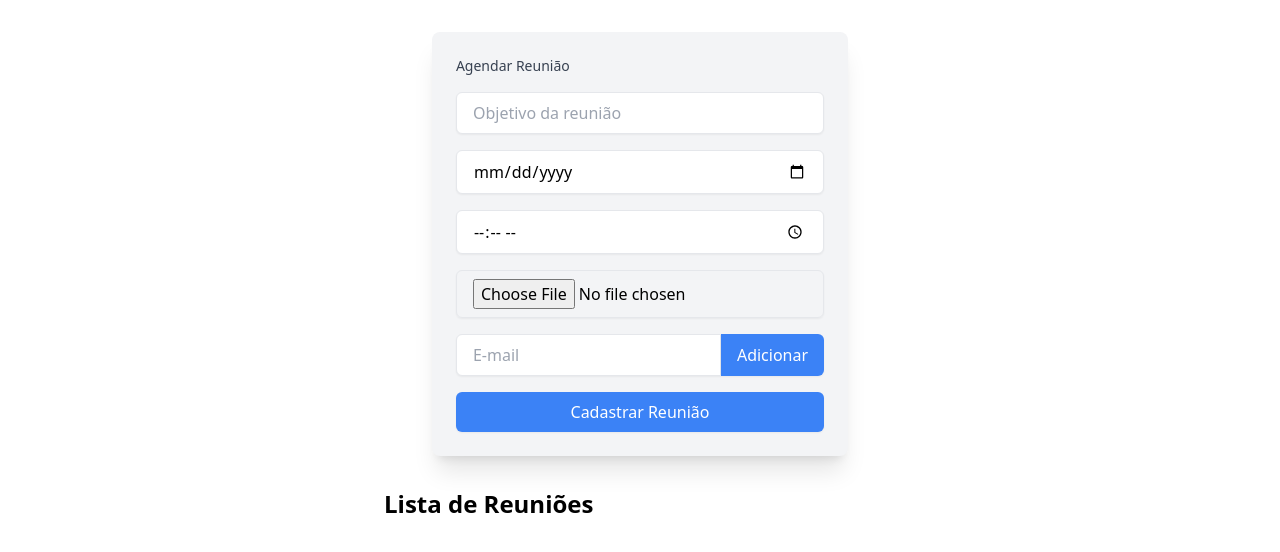
Repository: TamiBeira/meeting
Page: /
The author's editor kept a copy of each file at every save. The page is drawn from the files as they stood at one save, then again after the next save.
The browser window is 1280 px wide. The pictures show the whole page.
The project was rebuilt for these pictures with package versions that can differ from the ones it lists, and the page was loaded fresh each time. A package was used in the major version that the imports need, not the one package.json lists. Also part of the build but not shown: vite.config.ts.

Above is the page before, as saved 2024-02-26 19:05:22.

### index.html
<!doctype html>
<html lang="pt">
  <head>
    <meta charset="UTF-8" />
    <meta name="viewport" content="width=device-width, initial-scale=1.0" />
    <title>Meeting</title>
  </head>
  <body>
    <div id="root"></div>
    <script type="module" src="/src/main.tsx"></script>
  </body>
</html>

### src/app.tsx
import { FormProvider } from './contexts/FormContext';
import { Form } from './components/Form';
import { MeetingsView } from './components/MeetingsView';

export const App = () => {
  return (
    <FormProvider>
      <Form />
      <MeetingsView />
    </FormProvider>
  );
};

### src/contexts/FormContext.tsx
import React, { createContext, useContext, useState, ChangeEvent, FormEvent, Dispatch, SetStateAction, ReactNode } from "react";
import { toast } from 'react-toastify';
import 'react-toastify/dist/ReactToastify.css';

export interface MeetingContextDataProps {
  data: string;
  hora: string;
  imagem: string;
  title: string;
  emails: string[];
  emailInput: string;
  handleDataChange: (event: ChangeEvent<HTMLInputElement>) => void;
  handleImagemChange: (event: ChangeEvent<HTMLInputElement>) => void;
  handleTitleChange: (event: ChangeEvent<HTMLInputElement>) => void;
  handleHoraChange: (event: ChangeEvent<HTMLInputElement>) => void;
  handleEmailInputChange: (event: ChangeEvent<HTMLInputElement>) => void;
  handleAddEmail: () => void;
  handleRemoveEmail: (index: number) => void;
  handleSubmit: (event: FormEvent<HTMLFormElement>) => void;
}

interface MeetingContextProviderProps {
  children: ReactNode;
}

const FormContext = createContext({} as MeetingContextDataProps);

export const useFormContext = () => {
  return useContext(FormContext);
};

export const FormProvider = ({ children }: MeetingContextProviderProps) => {
  const [data, setData] = useState('');
  const [hora, setHora] = useState('');
  const [imagem, setImagem] = useState<File | null>(null);
  const [title, setTitle] = useState('');
  const [emails, setEmails] = useState<string[]>([]);
  const [emailInput, setEmailInput] = useState('');

  const handleDataChange = (event: ChangeEvent<HTMLInputElement>) => {
    setData(event.target.value);
  };

  const handleImagemChange = (event: ChangeEvent<HTMLInputElement>) => {
    if (event.target.files && event.target.files[0]) {
      setImagem(event.target.files[0]);
    }
  };

  const handleTitleChange = (event: ChangeEvent<HTMLInputElement>) => {
    setTitle(event.target.value);
  };

  const handleHoraChange = (event: ChangeEvent<HTMLInputElement>) => {
    setHora(event.target.value);
  };

  const handleEmailInputChange = (event: ChangeEvent<HTMLInputElement>) => {
    setEmailInput(event.target.value);
  };

  const handleAddEmail = () => {
    setEmails([...emails, emailInput]);
    setEmailInput('');
  };

  const handleRemoveEmail = (index: number) => {
    const updatedEmails = [...emails];
    updatedEmails.splice(index, 1);
    setEmails(updatedEmails);
  };

  const handleSubmit = (event: FormEvent<HTMLFormElement>) => {
    event.preventDefault();

    const selectedDateTime = new Date(`${data}T${hora}`);
    const formattedDate = selectedDateTime.toLocaleDateString('pt-BR');
    const formattedTime = selectedDateTime.toLocaleTimeString('pt-BR', { hour: '2-digit', minute: '2-digit' });

    let imagemUrl = '';
    if (imagem) {
      const reader = new FileReader();
      reader.onload = (e) => {
        imagemUrl = e.target?.result as string;
        const meetingData = {
          title,
          data: formattedDate,
          hora: formattedTime,
          imagem: imagemUrl,
          emails
        };

        const existingData = localStorage.getItem('meetingData');
        let allMeetings: any[] = [];

        if (existingData) {
          allMeetings = JSON.parse(existingData);
        }

        const isDuplicate = allMeetings.some((meeting: any) => {
          const sameDateAndTime = meeting.data === formattedDate && meeting.hora === formattedTime;
          const sameEmails = meeting.emails.length === emails.length && meeting.emails.every((email: string) => emails.includes(email));
          return sameDateAndTime && sameEmails;
        });

        if (isDuplicate) {
          toast.error('Esta data, hora e lista de e-mails já estão sendo usadas por outra reunião.');
        } else {
          allMeetings.push(meetingData);

          localStorage.setItem('meetingData', JSON.stringify(allMeetings));

          const emailText = `Detalhes da Reunião:
            Título: ${title}
            Data: ${formattedDate}
            Hora: ${formattedTime}
            ...`;
          emails.forEach((email) => {
            sendEmail(email, 'Detalhes da Reunião', emailText);
          });

          setData('');
          setHora('');
          setImagem(null);
          setTitle('');
          setEmailInput('');
          setEmails([]);

          toast.success('Reunião cadastrada com sucesso e e-mails enviados!');
        }
      };
      reader.readAsDataURL(imagem);
    } else {
      toast.error('Por favor, selecione uma imagem.');
    }
  };

  return (
    <FormContext.Provider
      value={{
        data,
        hora,
        imagem: imagem ? URL.createObjectURL(imagem) : '',
        title,
        emails,
        emailInput,
        handleDataChange,
        handleImagemChange,
        handleTitleChange,
        handleHoraChange,
        handleEmailInputChange,
        handleAddEmail,
        handleRemoveEmail,
        handleSubmit,
      }}
    >
      {children}
    </FormContext.Provider>
  );
};

### src/components/Form.tsx
import { useFormContext } from "../contexts/FormContext";
import { ToastContainer } from 'react-toastify';

export const Form = () => {
  const {
    data,
    hora,
    imagem,
    title,
    emails,
    emailInput,
    handleDataChange,
    handleImagemChange,
    handleTitleChange,
    handleHoraChange,
    handleEmailInputChange,
    handleAddEmail,
    handleRemoveEmail,
    handleSubmit,
  } = useFormContext();

  return (
    <main className="flex justify-center mt-8">
      <div className="mx-auto max-w-md p-6 bg-gray-100 rounded-lg shadow-xl">
        <form onSubmit={handleSubmit} className="space-y-4">
          <label htmlFor="reuniao" className="block text-sm font-medium text-gray-700">Agendar Reunião</label>
          <input
            type="text"
            placeholder="Objetivo da reunião"
            id="reuniao"
            value={title}
            onChange={handleTitleChange}
            className="block w-full px-4 py-2 border rounded-md shadow-sm focus:outline-none focus:ring-blue-500 focus:border-blue-500"
          />
          <input
            type="date"
            name="data"
            id="data"
            value={data}
            onChange={handleDataChange}
            className="block w-full px-4 py-2 border rounded-md shadow-sm focus:outline-none focus:ring-blue-500 focus:border-blue-500"
          />
          <input
            type="time"
            name="hora"
            id="hora"
            value={hora}
            onChange={handleHoraChange}
            className="block w-full px-4 py-2 border rounded-md shadow-sm focus:outline-none focus:ring-blue-500 focus:border-blue-500"
          />
          <input
            type="file"
            name="imagem"
            id="imagem"
            accept="image/*"
            onChange={handleImagemChange}
            className="block w-full px-4 py-2 border rounded-md shadow-sm focus:outline-none focus:ring-blue-500 focus:border-blue-500"
          />
          <div className="flex">
            <input
              type="text"
              placeholder="E-mail"
              value={emailInput}
              onChange={handleEmailInputChange}
              className="block flex-1 w-full px-4 py-2 border rounded-l-md shadow-sm focus:outline-none focus:ring-blue-500 focus:border-blue-500"
            />
            <button
              type="button"
              onClick={handleAddEmail}
              className="px-4 py-2 bg-blue-500 text-white rounded-r-md shadow-sm hover:bg-blue-600 focus:outline-none focus:ring-blue-500 focus:border-blue-500"
            >
              Adicionar
            </button>
          </div>
          <div>
            {emails.map((email, index) => (
              <div key={index} className="flex items-center">
                <div>{email}</div>
                <button
                  type="button"
                  onClick={() => handleRemoveEmail(index)}
                  className="ml-2 text-red-500"
                >
                  Remover
                </button>
              </div>
            ))}
          </div>
          <button
            type="submit"
            className="block w-full px-4 py-2 bg-blue-500 text-white rounded-md shadow-sm hover:bg-blue-600 focus:outline-none focus:ring-blue-500 focus:border-blue-500"
          >
            Cadastrar Reunião
          </button>
        </form>
        <ToastContainer />
      </div>
    </main>
  );
};

### src/components/MeetingsView.tsx
import React, { useState, useEffect } from 'react';
import { toast, ToastContainer } from 'react-toastify';
import 'react-toastify/dist/ReactToastify.css';
import { FaEdit, FaTrash } from 'react-icons/fa'; // Importando ícones do Font Awesome

export const MeetingsView = () => {
  const [meetings, setMeetings] = useState([]);
  const [editableIndex, setEditableIndex] = useState(null);
  const [editedMeeting, setEditedMeeting] = useState({});

  useEffect(() => {
    const storedMeetings = localStorage.getItem('meetingData');
    if (storedMeetings) {
      setMeetings(JSON.parse(storedMeetings));
    }
  }, []);

  const handleEdit = (index) => {
    // Define o índice do evento que está sendo editado e inicializa o objeto de reunião editada
    setEditableIndex(index);
    setEditedMeeting(meetings[index]);

    // Exibe um toast de sucesso ao editar a reunião
    toast.success('Reunião editada com sucesso!');
  };

  const handleSave = () => {
    // Atualiza a reunião no estado meetings
    const updatedMeetings = [...meetings];
    updatedMeetings[editableIndex] = editedMeeting;
    setMeetings(updatedMeetings);

    // Atualiza o localStorage com os dados atualizados
    localStorage.setItem('meetingData', JSON.stringify(updatedMeetings));

    // Limpa o estado de edição
    setEditableIndex(null);
    setEditedMeeting({});

    // Exibe um toast de sucesso ao salvar a reunião editada
    toast.success('Reunião salva com sucesso!');
  };

  const handleDelete = (index) => {
    // Exibe uma mensagem de confirmação antes de excluir a reunião
    const confirmDelete = window.confirm('Tem certeza que deseja excluir esta reunião?');
    if (confirmDelete) {
      // Remove a reunião do estado meetings
      const updatedMeetings = [...meetings];
      updatedMeetings.splice(index, 1);
      setMeetings(updatedMeetings);

      // Atualiza o localStorage com os dados atualizados
      localStorage.setItem('meetingData', JSON.stringify(updatedMeetings));

      // Exibe um toast de sucesso ao excluir a reunião
      toast.success('Reunião excluída com sucesso!');
    }
  };

  const handleInputChange = (event, key) => {
    // Atualiza o valor do campo editado na reunião em edição
    setEditedMeeting({ ...editedMeeting, [key]: event.target.value });
  };

  return (
    <div className="max-w-lg mx-auto mt-8">
      <h2 className="text-2xl font-bold mb-4">Lista de Reuniões</h2>
      <ul>
        {meetings.map((meeting, index) => (
          <li key={index} className="border-b border-gray-200 py-4 flex items-center">
            {editableIndex === index ? (
              // Renderiza campos de entrada se o índice corresponder ao evento que está sendo editado
              <>
                <input
                  type="text"
                  value={editedMeeting.title}
                  onChange={(e) => handleInputChange(e, 'title')}
                  className="mr-4 px-2 py-1 border rounded"
                />
                <input
                  type="date"
                  value={editedMeeting.data}
                  onChange={(e) => handleInputChange(e, 'data')}
                  className="mr-4 px-2 py-1 border rounded"
                />
                <input
                  type="time"
                  value={editedMeeting.hora}
                  onChange={(e) => handleInputChange(e, 'hora')}
                  className="mr-4 px-2 py-1 border rounded"
                />
                <input
                  type="text"
                  value={editedMeeting.imagem}
                  onChange={(e) => handleInputChange(e, 'imagem')}
                  className="mr-4 px-2 py-1 border rounded"
                />
                <input
                  type="text"
                  value={editedMeeting.emails.join(', ')}
                  onChange={(e) => handleInputChange(e, 'emails')}
                  className="mr-4 px-2 py-1 border rounded"
                />
                <button
                  onClick={handleSave}
                  className="bg-green-500 hover:bg-green-700 text-white font-bold py-1 px-2 mr-2 rounded"
                >
                  Salvar
                </button>
              </>
            ) : (
              <>
                <div>
                  <strong>Título:</strong> {meeting.title}
                </div>
                <div className="ml-4">
                  <strong>Data:</strong> {meeting.data}
                </div>
                <div className="ml-4">
                  <strong>Hora:</strong> {meeting.hora}
                </div>
                <div className="ml-4">
                  <strong>Imagem:</strong>
                  <img src={meeting.imagem} alt="Imagem da reunião" width={150} height={100} className="max-w-xs mx-auto mt-2" />
                </div>
                <div className="ml-4">
                  <strong>E-mails:</strong> {meeting.emails.join(', ')}
                </div>
                <div className="ml-4">
                  <button
                    onClick={() => handleEdit(index)}
                    className=" text-blue-500 font-bold py-1 px-2 mr-2 rounded flex items-center mb-2 justify-center"
                  >
                    <FaEdit className="mr-1" />
                  </button>
                  <button
                    onClick={() => handleDelete(index)}
                    className="text-red-500 font-bold py-1 px-2 rounded flex items-center"
                  >
                    <FaTrash className="mr-1" />
                  </button>
                </div>
              </>
            )}
          </li>
        ))}
      </ul>
      <ToastContainer />
    </div>
  );
};

### tailwind.config.js
/** @type {import('tailwindcss').Config} */
export default {
  content: [
    "./index.html",
    "./src/**/*.tsx",
  ],
  theme: {
    extend: {},
  },
  plugins: [],
}

Loaded but not shown: src/main.tsx (common file); src/index.css (common file)

After the next save:
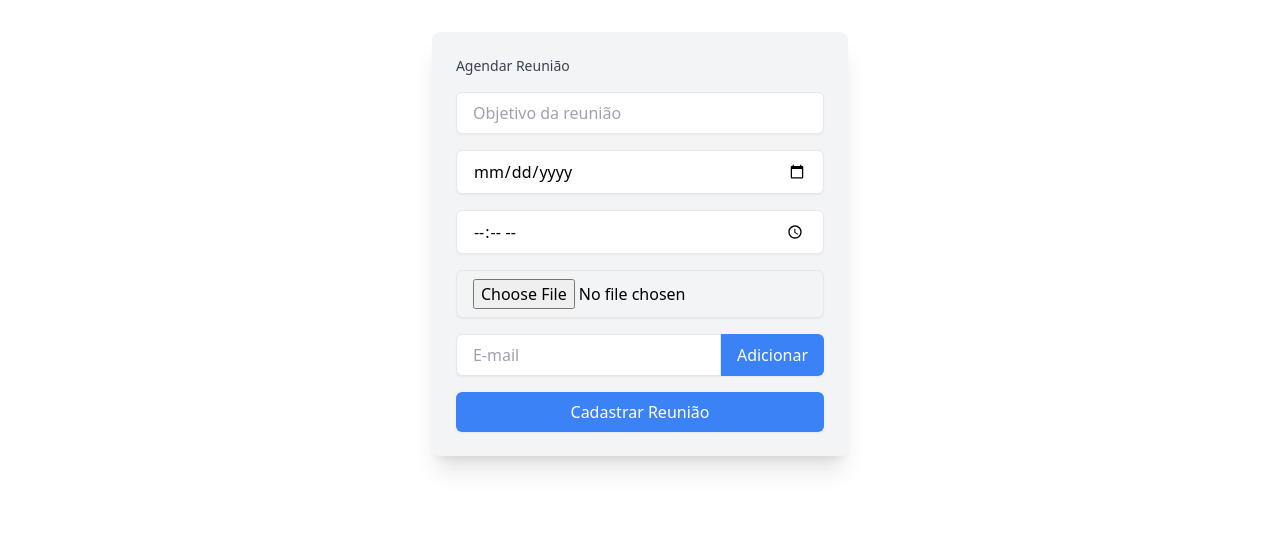
Saved 45 s later.
--- a/src/app.tsx
+++ b/src/app.tsx
@@ -1,12 +1,22 @@
+import React from 'react';
+import { BrowserRouter as Router, Route, Switch } from 'react-router-dom';
 import { FormProvider } from './contexts/FormContext';
 import { Form } from './components/Form';
 import { MeetingsView } from './components/MeetingsView';
 
 export const App = () => {
   return (
-    <FormProvider>
-      <Form />
-      <MeetingsView />
-    </FormProvider>
+    <Router>
+      <Switch>
+        <Route exact path="/">
+          <FormProvider>
+            <Form />
+          </FormProvider>
+        </Route>
+        <Route path="/meetings">
+          <MeetingsView />
+        </Route>
+      </Switch>
+    </Router>
   );
 };
